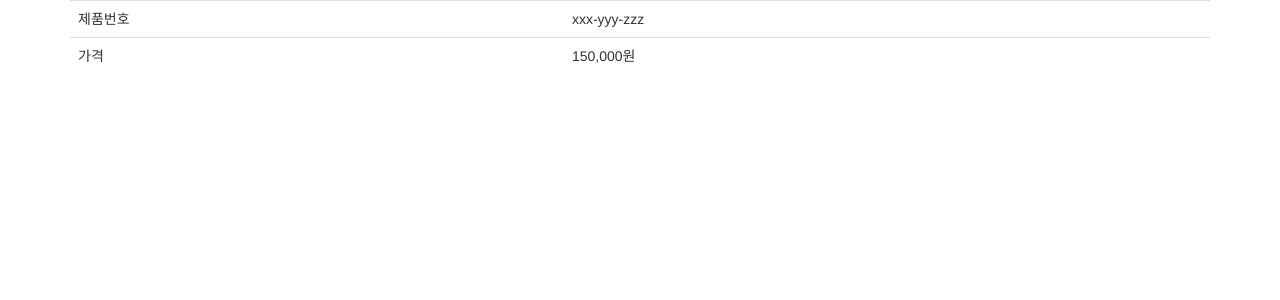
Repository: juhee1020/studying
Page: http://localhost/jsp01_basic/jsp06_action/jsp02_actiontag.jsp
These files come from the project's save history. The page is drawn as it stood at one moment and after the next save; the edit follows.
The browser window is 1280 px wide. The pictures show the whole page.
The page is served by Tomcat 9. Other server files are loaded and not shown.

Above is the page before, as saved 2022-12-13 03:52:20.

### JSP/jsp01_basic/WebContent/jsp06_action/jsp02_actiontag.jsp
<%@page language="java" contentType="text/html; charset=UTF-8" pageEncoding="UTF-8"%>
<!--
	JSP Action Tag

	1. Action Tag

		a. 서버나 클라이언트에게 특정 행동을 하도록 명령하는 태그
		b. JSP페이지에서 페이지와 페이지 사이를 제어
		c. 다른 페이지의 실행결과를 현재 페이지에 포함
		d. Java Beans(예를들어 BoardDTO, VO)등의 다양한 기능을 제공

	2. Action Tag의 종류

		a. jsp:forward : 다른페이지로 이동
		b. jsp:include
		c. jsp:useBean : JSP페이지에서 Java Bean 객체를 사용할 수 있도록 정의
		d. jsp:setProperty : Java Bean의 setter
		e. jsp:getProperty : Java Bean의 getter역할
		f. jsp:param : forward, include 등의 파라미터 지정

-->
<!DOCTYPE html>
<html>
<head>
<meta charset="UTF-8">
	<meta name="viewport" content="width=device-width, initial-scale=1, minimum-scale=1, maximum-scale=1">
  	<link rel="stylesheet" href="https://maxcdn.bootstrapcdn.com/bootstrap/3.4.1/css/bootstrap.min.css">
  	<script src="https://ajax.googleapis.com/ajax/libs/jquery/3.6.0/jquery.min.js"></script>
  	<script src="https://maxcdn.bootstrapcdn.com/bootstrap/3.4.1/js/bootstrap.min.js"></script>
<title>Insert title here</title>
</head>
<body>
	<div class="container">
		<table class="table table-dark table-hover">
		<tr>
			<td>제품번호</td>
			<td>xxx-yyy-zzz</td>
		</tr>
		<tr>
			<td>가격</td>
			<td>150,000원</td>
		</tr>
		<!-- jsp02_param.jsp?status=B -->
		<!--  <a href="jsp02_param.jsp?status=B"></a> -->
		<jsp:include page="jsp02_param.jsp" flush="false">
			<jsp:param name="status" value="B"/>
		</jsp:include>
		</table>
	</div>
</body>
</html>

### JSP/jsp01_basic/WebContent/jsp06_action/jsp02_param.jsp
<%@page language="java" contentType="text/html; charset=UTF-8" pageEncoding="UTF-8"%>
<!DOCTYPE html>
<html>
<head>
<meta charset="UTF-8">
<title>Insert title here</title>
</head>
<body>

</body>
</html>

After the next save:
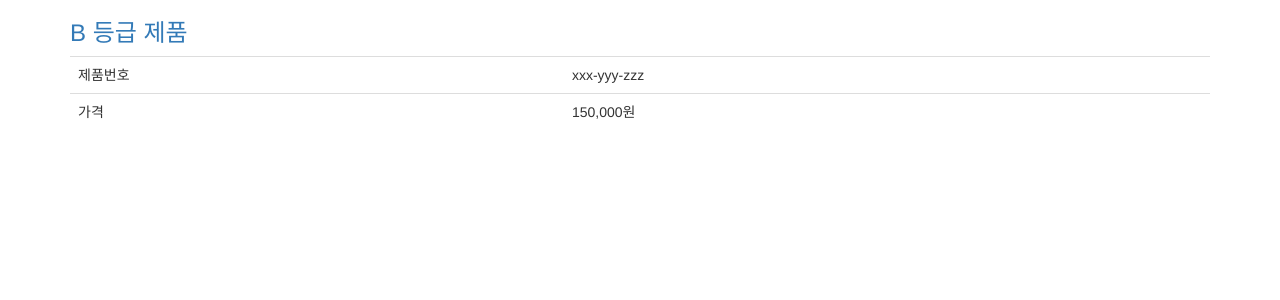
Saved 6 min 32 s later.
--- a/JSP/jsp01_basic/WebContent/jsp06_action/jsp02_param.jsp
+++ b/JSP/jsp01_basic/WebContent/jsp06_action/jsp02_param.jsp
@@ -1,11 +1,10 @@
 <%@page language="java" contentType="text/html; charset=UTF-8" pageEncoding="UTF-8"%>
-<!DOCTYPE html>
-<html>
-<head>
-<meta charset="UTF-8">
-<title>Insert title here</title>
-</head>
-<body>
-
-</body>
-</html>
+<h1></h1>
+	<%
+		String sts=request.getParameter("status");
+		if(sts.equals("A")){
+			out.print("<h3 class='text-primary'>"+sts+" 등급 제품</h3>");
+		}else if(sts.equals("B")){
+			out.print("<h3 class='text-primary'>"+sts+" 등급 제품</h3>");
+		}
+	%>
